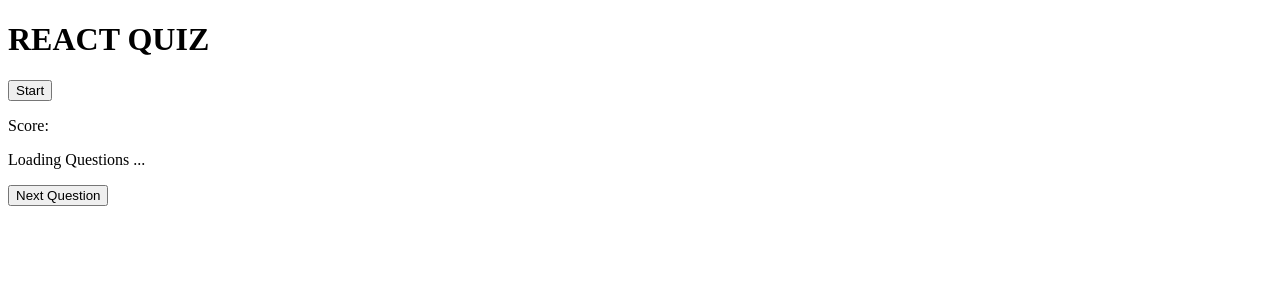
Repository: akinsikuoluwafemi/questions-typescript
Page: /
These files come from the project's save history. The page is drawn as it stood at one moment and after a run of saves; the edit follows.
The browser window is 1280 px wide. The pictures show the whole page.
The project was rebuilt for these pictures with package versions that can differ from the ones it lists, and the page was loaded fresh each time.

Above is the page before, as saved 2021-03-10 16:23:37.

After the next 2 saves:
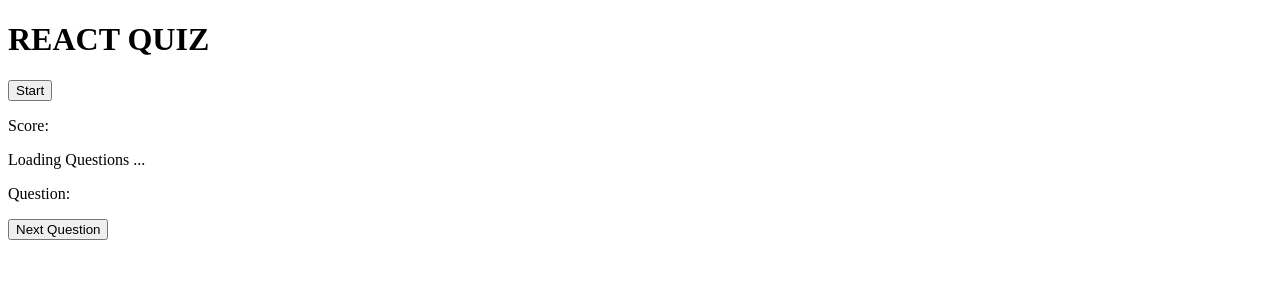
The 2 saves are shown as one change because they came seconds apart.
The last was saved 10 s later.
--- a/src/components/QuestionCard.tsx
+++ b/src/components/QuestionCard.tsx
@@ -13,7 +13,7 @@ type Props = {
 const QuestionCard: FC<Props> = ({question, answer, callback, userAnswer, questionNr, totalQuestions}) => (
 
     <div>
-        <p className="number"></p>
+        <p className="number">Question: </p>
     </div>
 )
 
